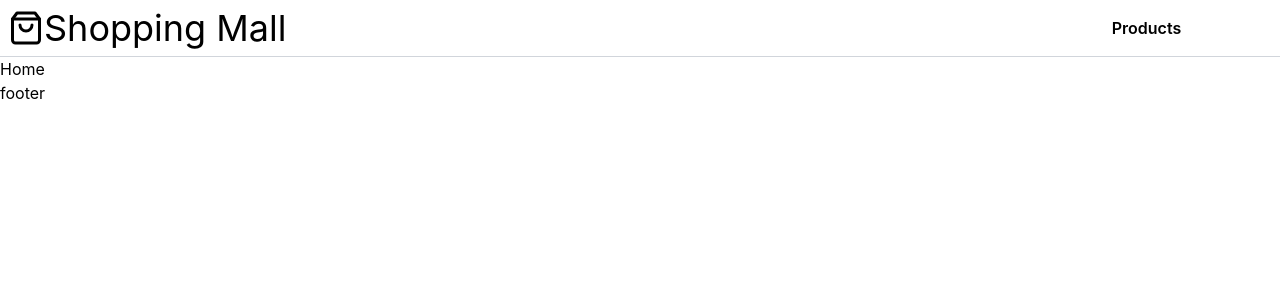
Repository: dnjfht/shopping_mall
Page: /products/new
The author's editor kept a copy of each file at every save. The page is drawn from the files as they stood at one save, then again after the next save.
The browser window is 1280 px wide. The pictures show the whole page.
The project was rebuilt for these pictures with package versions that can differ from the ones it lists, and the page was loaded fresh each time. Also part of the build but not shown: src/App.css, src/components/User.jsx, src/pages/AllProducts.jsx, src/pages/NewProduct.jsx, src/pages/ProductDetail.jsx, src/pages/NotFound.jsx, src/pages/MyCart.jsx.

Above is the page before, as saved 2023-03-06 03:35:26.

After the next save:
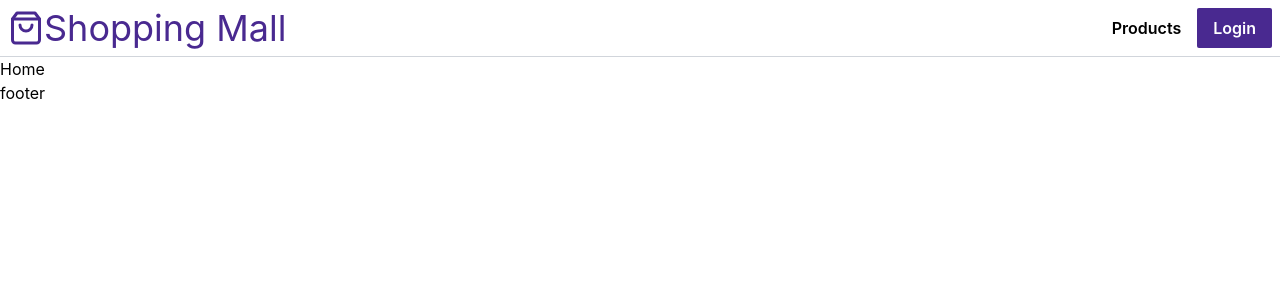
Saved 25 s later.
--- a/tailwind.config.js
+++ b/tailwind.config.js
@@ -4,7 +4,7 @@ module.exports = {
   theme: {
     extend: {
       colors: {
-        brand: "#image.png",
+        brand: "#492990",
       },
     },
   },
